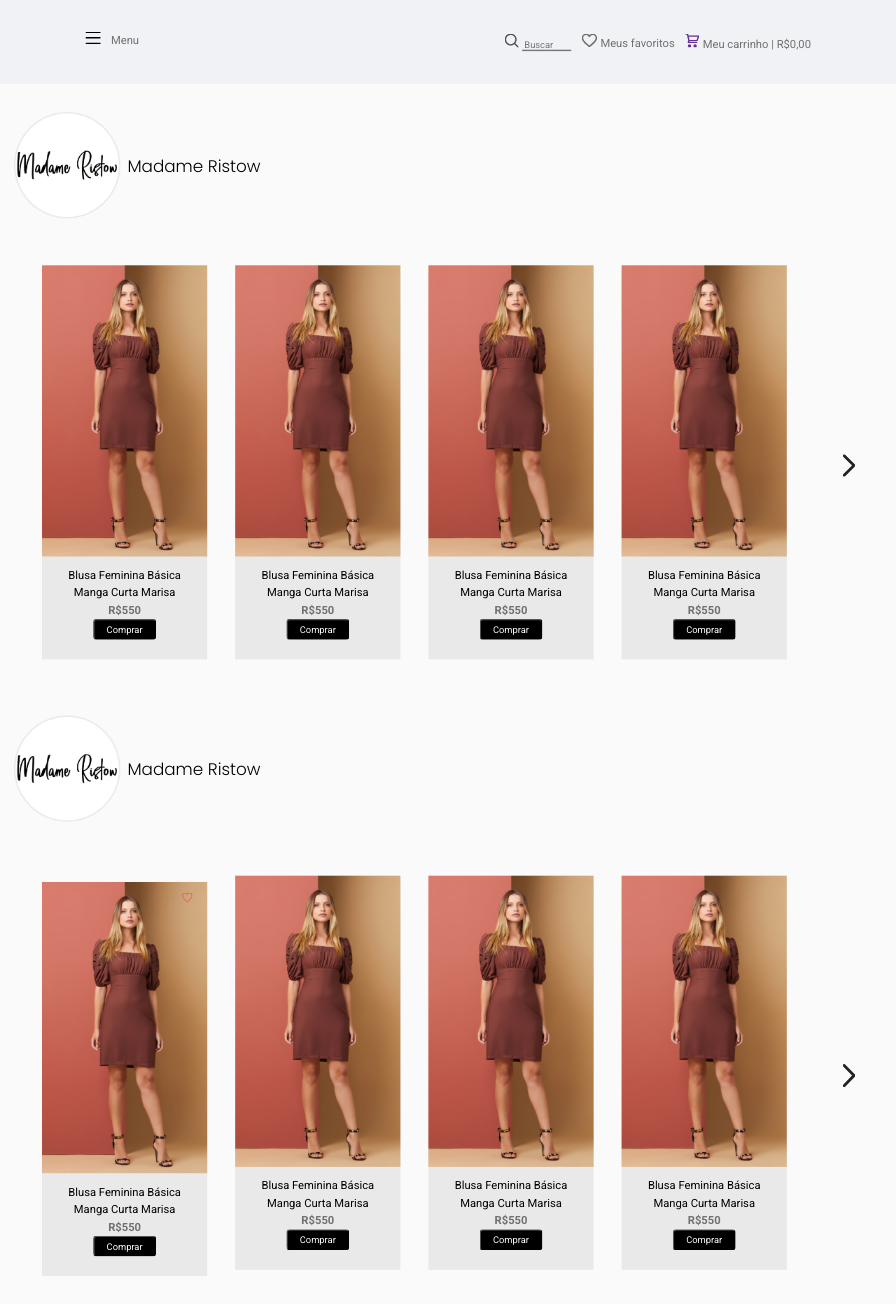
Repository: gutobarbosa/FrontEndLojaVirtual
Page: /
The author's editor kept a copy of each file at every save. The page is drawn from the files as they stood at one save, then again after the next save.
The browser window is 1280 px wide. The pictures show the whole page, at 70% of full size.
The project was rebuilt for these pictures with package versions that can differ from the ones it lists, and the page was loaded fresh each time. Also part of the build but not shown: src/pages/Repository/styles.ts, src/services/api.ts, src/pages/Repository/index.tsx.

Above is the page before, as saved 2020-11-21 23:56:22.

### public/index.html
<!DOCTYPE html>
<html lang="en">
  <head>
    <meta charset="utf-8" />
    <meta name="viewport" content="width=device-width, initial-scale=1" />
    <meta name="theme-color" content="#000000" />

    <title></title>
    <link href="https://fonts.googleapis.com/css2?family=Roboto:wght@400;700&display=swap" rel="stylesheet">
    <link rel="preconnect" href="https://fonts.gstatic.com">
    <link rel="preconnect" href="https://fonts.gstatic.com">
<link href="https://fonts.googleapis.com/css2?family=Poppins:ital,wght@0,300;0,400;1,200&display=swap" rel="stylesheet">
</head>
  <body>
    <noscript>You need to enable JavaScript to run this app.</noscript>
    <div id="root"></div>

  </body>
</html>

### src/App.tsx
import React from 'react';
import { BrowserRouter as Router } from 'react-router-dom';

import Routes from './routes';

import GlobalStyle from '../src/styles/global';

const App: React.FC = () => (
  <>
    <GlobalStyle />
    <Router>
      <Routes />
    </Router>
  </>
);

export default App;

### src/routes/index.tsx
import React from 'react';
import {Switch, Route} from 'react-router-dom';

import Dashboard from '../pages/Dashboard';
import Repository from '../pages/Repository';

// rota da url, nesse caso a nossa rota atual é a raiz então vai apenas a / e o componente é que sera acessado através desse endereço url
const Routes: React.FC = () =>{
    return (
        <Switch>
            <Route path="/" exact component={Dashboard} />
            <Route path="/repositories/:repository+" component={Repository} />
        </Switch>
    );
}

export default Routes;

### src/styles/global.ts
import { createGlobalStyle } from 'styled-components';

export default createGlobalStyle`
  * {
    margin: 0;
    padding: 0;
    outline: 0;
    box-sizing: border-box;
  }

  body {
    background: #FAFAFA ;
    -webkit-font-smoothing: antialiased

  }

  body, input, button {
    font-family: 'Roboto', sans-serif;
    max-width: 1500vw;
  }

  button {
    cursor: pointer;
  }
`;

### src/pages/Dashboard/index.tsx
/* eslint-disable no-undef */

import React from "react";
import { Container, ContainerProducts } from "./styles";
import lefticon from '../../assets/avatar 152 x 152px.png';
import productimage from '../../assets/image-product.png';
import arrownext from '../../assets/arrowNext.svg';
import iconheart from '../../assets/iconHeart.svg';

import Header from '../../components/Header';

//import { Container, CardContainer, Card, TableContainer } from './styles';

const Dashboard: React.FC = () => {

  return (
    <>
    <Header/>
    <Container>
    <img src={lefticon} alt="Hamburguer" />
    <h3>Madame Ristow</h3>
    </Container>
    <ContainerProducts>
        <div className="productBox">
            <div className="productImage">
            <img src={productimage} alt="Product" />
            </div>
            <div className="productinformation">
            <p>Blusa Feminina Básica Manga Curta Marisa<br/></p>
                <p className ="bold">R$550 <br/></p>
                <div className="buttonBuy">
                    <button>Comprar</button>
                </div>
            </div>
        </div>
        <div className="productBox">
            <div className="productImage">
            <img src={productimage} alt="Product" />
            </div>
            <div className="productinformation">
            <p>Blusa Feminina Básica Manga Curta Marisa<br/></p>
                <p className ="bold">R$550 <br/></p>
                <div className="buttonBuy">
                    <button>Comprar</button>
                </div>
            </div>
        </div>
        <div className="productBox">
            <div className="productImage">
            <img src={productimage} alt="Product" />
            </div>
            <div className="productinformation">
            <p>Blusa Feminina Básica Manga Curta Marisa<br/></p>
                <p className ="bold">R$550 <br/></p>
                <div className="buttonBuy">
                    <button>Comprar</button>
                </div>
            </div>
        </div>
        <div className="productBox">
            <div className="productImage">
            <div>
            <img src={productimage} alt="Product" />
            </div>

            </div>
            <div className="productinformation">
                <p>Blusa Feminina Básica Manga Curta Marisa<br/></p>
                <p className ="bold">R$550 <br/></p>
                <div className="buttonBuy">
                    <button>Comprar</button>
                </div>
            </div>
        </div>
        <div className="arrowNext">
            <img src={arrownext} alt="arrownext" />
        </div>
    </ContainerProducts>

    <Container>
    <img src={lefticon} alt="Hamburguer" />
    <h3>Madame Ristow</h3>
    </Container>
    <ContainerProducts>
        <div className="containerBox">
            <div className="heart">
             <img src={iconheart} alt="Product" />
            </div>
        <div className="productBox">
            <div className="productImage">
            <img src={productimage} alt="Product" />
            </div>
            <div className="productinformation">
            <p>Blusa Feminina Básica Manga Curta Marisa<br/></p>
                <p className ="bold">R$550 <br/></p>
                <div className="buttonBuy">
                    <button>Comprar</button>
                </div>
            </div>
        </div>
        </div>
        <div className="productBox">
            <div className="productImage">
            <img src={productimage} alt="Product" />
            </div>
            <div className="productinformation">
            <p>Blusa Feminina Básica Manga Curta Marisa<br/></p>
                <p className ="bold">R$550 <br/></p>
                <div className="buttonBuy">
                    <button>Comprar</button>
                </div>
            </div>
        </div>
        <div className="productBox">
            <div className="productImage">
            <img src={productimage} alt="Product" />
            </div>
            <div className="productinformation">
            <p>Blusa Feminina Básica Manga Curta Marisa<br/></p>
                <p className ="bold">R$550 <br/></p>
                <div className="buttonBuy">
                    <button>Comprar</button>
                </div>
            </div>
        </div>
        <div className="productBox">
            <div className="productImage">
            <div>
            <img src={productimage} alt="Product" />
            </div>

            </div>
            <div className="productinformation">
                <p>Blusa Feminina Básica Manga Curta Marisa<br/></p>
                <p className ="bold">R$550 <br/></p>
                <div className="buttonBuy">
                    <button>Comprar</button>
                </div>
            </div>
        </div>
        <div className="arrowNext">
            <img src={arrownext} alt="arrownext" />
        </div>
    </ContainerProducts>
    </>
  );
};

export default Dashboard;

### src/pages/Dashboard/styles.ts
import styled from 'styled-components';
/*
interface CardProps {
  total?: boolean;
}*/

export const Container = styled.div`
  width: 100%;
  max-width: 1600px;
  margin: 0 auto;
  padding: 40px 20px;
  display: flex;
  align-items: center;


    img {
        justify-content: flex-start;
    }

    h3 {
        color: black;
        margin-left: 10px;
        font-family: 'Poppins', sans-serif;
        font-size: 24px;
        font-weight: 300;
    }
`;
export const ContainerProducts = styled.div`
width: 100%;
max-width: 1600px;
margin: 0 auto;
padding: 40px 20px;
display: flex;
align-items: center;

    .heart img {
        position: relative;
        right: -240px;
        top: 20px;
    }
    .productBox {
        width: 236px;
        height: 550px;
        margin-left: 40px;
        background: #E9E9E9;
    }
    .productinformation {
        max-width: 250px;
        max-height: 150px;
    }
    .productImage{
        max-width: 236px;
        max-height: 416px;
    }
    .productImage img {
        width: 100%;
        height: 416px;
        margin-top: -13px;
    }

    .arrowNext {
        margin-left: 80px;
    }
    .productinformation{
        width: 200px;
        size: 20px;
        justify-content: center;
        margin: 0 auto;
        margin-top: 10px;
    }
    .productinformation p{
        text-align: center;
        line-height: 25px;
    }
    .buttonBuy {
        width: 100%;
        margin: 0 auto;
        text-align: center;
    }
    .productinformation button{
        background: black;
        color: white;
        width: 90px;
        height: 30px;
        border-radius: 5px;
        cursor: pointer;
    }

    .bold{
        color: #707070;
        font-weight: bold;
    }


`;

### src/components/Header/index.tsx
import React from 'react';

//import { Link } from 'react-router-dom';
import hamburguerBars from '../../assets/hamburguer.svg';
import searchicon from '../../assets/searchIcon.svg';
import favoriteicon from '../../assets/favoriteIcon.svg';
import mycaricon from '../../assets/mycarIcon.svg'
import { Container, ContainerHeader, ContentLeft, ContentRight } from '../Header/styles';




const Header: React.FC = () => (
  <Container>
    <ContainerHeader>
    <header>
      <ContentLeft>
        <div className="menuTotal">
          <img src={hamburguerBars} alt="Hamburguer" />
          <span className="menu">Menu</span>
        </div>
      </ContentLeft>
      <ContentRight>
        <div className="searchTotal">
          <img src={searchicon} alt="Hamburguer" />
          <input placeholder=" Buscar" type="text"/>
        </div>
        <div className="favoritesTotal">
          <img src={favoriteicon} alt="Favorite" />
          <span>Meus favoritos</span>
        </div>
        <div className="MycarTotal">
          <img src={mycaricon} alt="Mycar" />
          <span>Meu carrinho | R$0,00</span>
        </div>
      </ContentRight>
    </header>
    </ContainerHeader>
  </Container>
);

export default Header;

### src/components/Header/styles.ts
import styled from 'styled-components';
/*
interface ContainerProps {
  size?: 'small' | 'large';
}*/

export const Container = styled.div`
  background: #F0F2F5;
  padding: 30px;
  width: 100%;

  header {
    height: 60px;
    margin: 0 auto;
    display: flex;
    align-items: center;
    justify-content: space-between;
  }

  span {
    color: #707070;
    text-align: left;
    opacity: 1;
    margin-left: 25px;
    cursor: pointer;
  }
  .menu{
    margin-left: 10px;

  }
  input {
    border-left: 0px solid black;
    border-right: 0px solid black;
    border-top: 0px solid black;
    width: 70px;
    background: #F0F2F5;
  }

   img {
    margin-right: 5px;
   }

   .menuTotal{
     width:100px;
     height:30px;
     cursor:pointer;
   }

   .menuTotal:hover{
    opacity: 0.5;
  }
`;

export const ContainerHeader = styled.div`
width: 85%;
margin: 0 auto;
`;


export const ContentLeft = styled.div`

`;

export const ContentRight = styled.div`
  display: flex;
  margin-left: 20px;
  .favoritesTotal img {
        margin-right: -20px;
        margin-left: 15px
    }

    .favoritesTotal:hover{
        cursor:pointer;
        opacity: 0.7;
    }

    .MycarTotal img {
        margin-right: -20px;
        margin-left: 15px
    }

    .MycarTotal:hover{
        cursor:pointer;
        opacity: 0.7;
    }


`;

Loaded but not shown: src/index.tsx (common file)

After the next save:
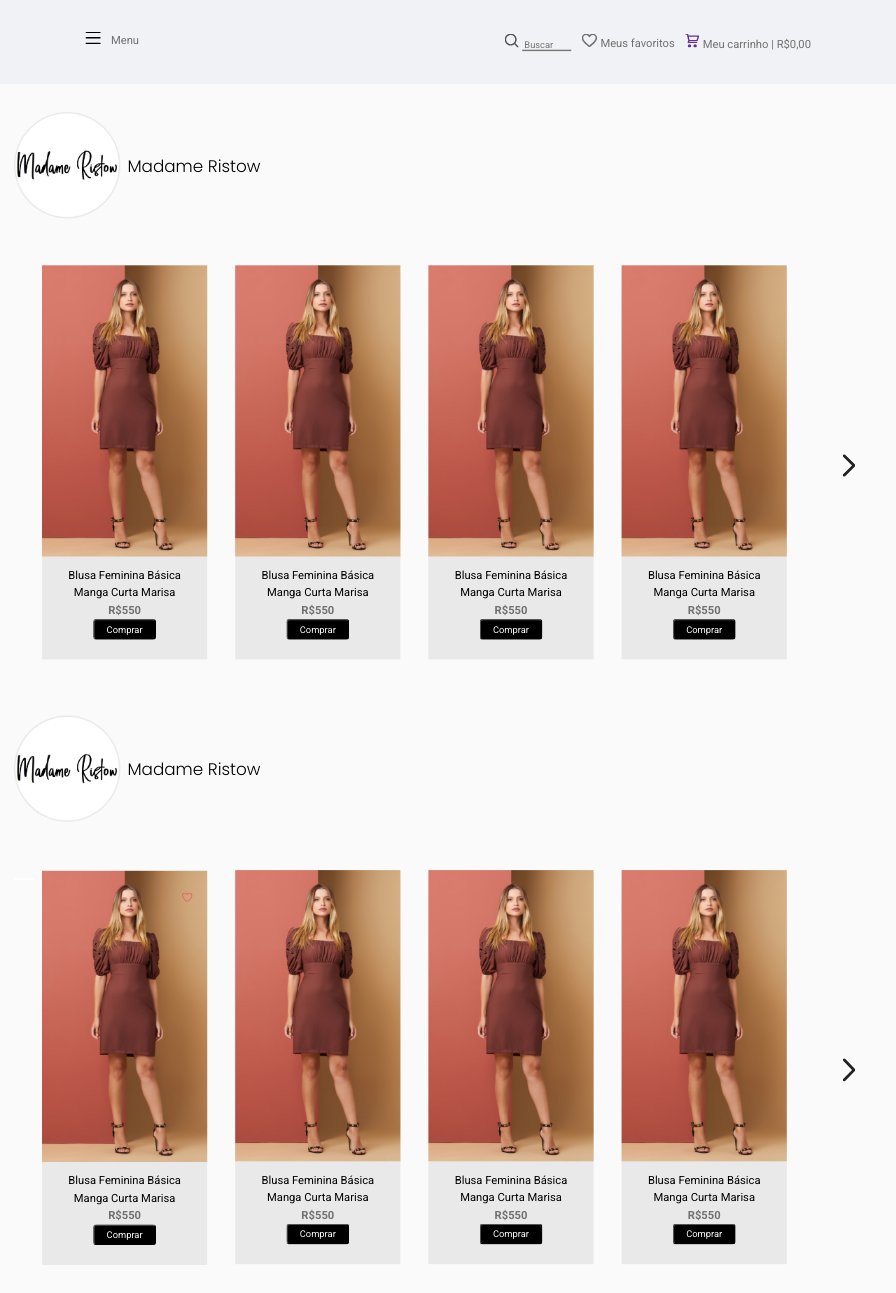
Saved 50 s later.
--- a/src/pages/Dashboard/styles.ts
+++ b/src/pages/Dashboard/styles.ts
@@ -33,6 +33,12 @@ padding: 40px 20px;
 display: flex;
 align-items: center;
 
+    .heart {
+        width: 30px;
+        height: 3px;
+        background: white;
+        border-radius: 15px;
+    }
     .heart img {
         position: relative;
         right: -240px;
